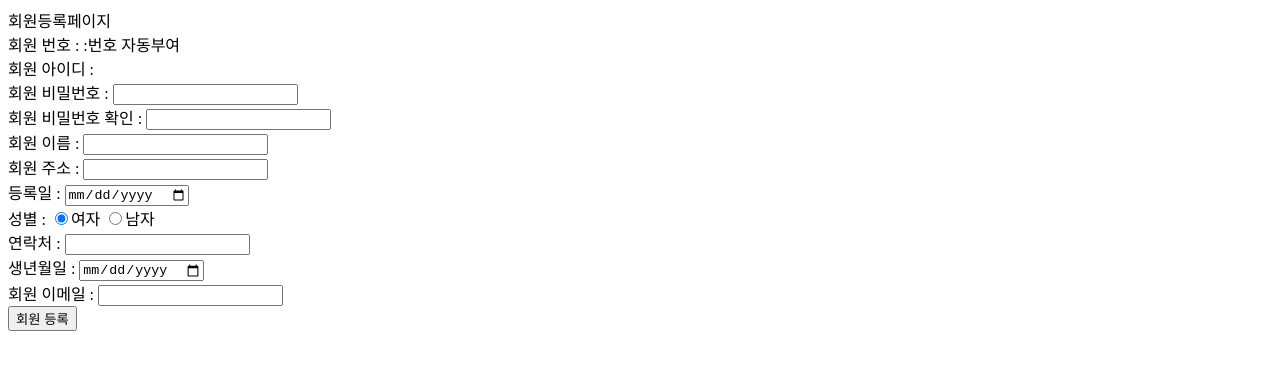
Repository: Ileok/kosa
Page: http://localhost/kosaShoppingMall/view/member/memberForm.jsp
These files come from the project's save history. The page is drawn as it stood at one moment and after the next save; the edit follows.
The browser window is 1280 px wide. The pictures show the whole page.
The page is served by Tomcat 9.

Above is the page before, as saved 2022-02-07 02:07:51.

After the next save:
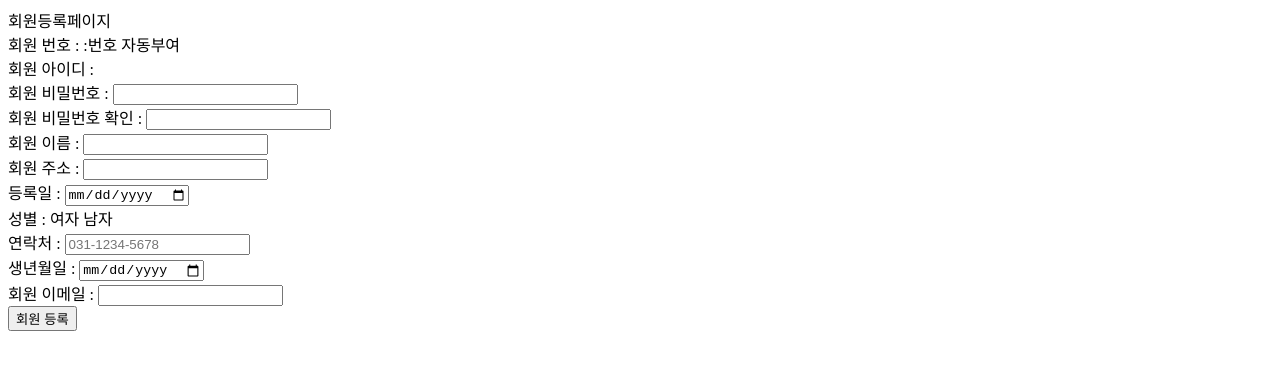
Saved 3 min 51 s later.
--- a/kosaShoppingMall/src/main/webapp/view/member/memberForm.jsp
+++ b/kosaShoppingMall/src/main/webapp/view/member/memberForm.jsp
@@ -14,32 +14,32 @@
 회원 아이디 : <form:input path="memberId"/>
 <form:errors path="memberId" /><br/>
 
-회원 비밀번호 : <input type="password" name="memberPw" />
+회원 비밀번호 : <input path=="memberPw" />
 <form:errors path="memberPw" /><br/>
 
-회원 비밀번호 확인 : <input type="password" name="memberPwCon"  />
+회원 비밀번호 확인 : <input path="memberPwCon"  />
 <form:errors path="memberPwCon" /><br/>
 
-회원 이름 :  <input type="text" name="memberName" />
+회원 이름 :  <input path="memberName" />
 <form:errors path="memberName" /><br/>
 
-회원 주소 :  <input type="text" name="memberAddr"  />
+회원 주소 :  <input path="memberAddr"  />
 <form:errors path="memberAddr" /><br/>
 
 등록일 :  <input type="date" name="memberRegist" />
 <form:errors path="memberRegist" /><br/>
 
-성별 : <input type="radio" name="gender" value="F" checked/>여자
-	 <input type="radio" name="gender" value="M"/>남자
+성별 : <form:radiobuttons path="gender" value="F" checked/>여자
+	 <form:radiobuttons path="gender" value="M"/>남자
 	 <form:errors path="gender" /><br/>
 
-연락처 :   <input type="tel" name="memberPhone" />
+연락처 :   <input type="tel" name="memberPhone" placeholder="031-1234-5678" value="${memberCommand.memberPhone }" />
 <form:errors path="memberPhone" /><br/>
 
-생년월일 : <input type="date" name="memberBirth" />
+생년월일 : <input type="date" name="memberBirth"  />
 <form:errors path="memberBirth" /> <br/>
 
-회원 이메일 : <input type="email" name="memberEmail" />
+회원 이메일 : <input type="email" name="memberEmail" value="${memberCommand.memberPhone }" />
 <form:errors path="memberEmail" /><br/>
 
 <input type="submit" value="회원 등록"/>
